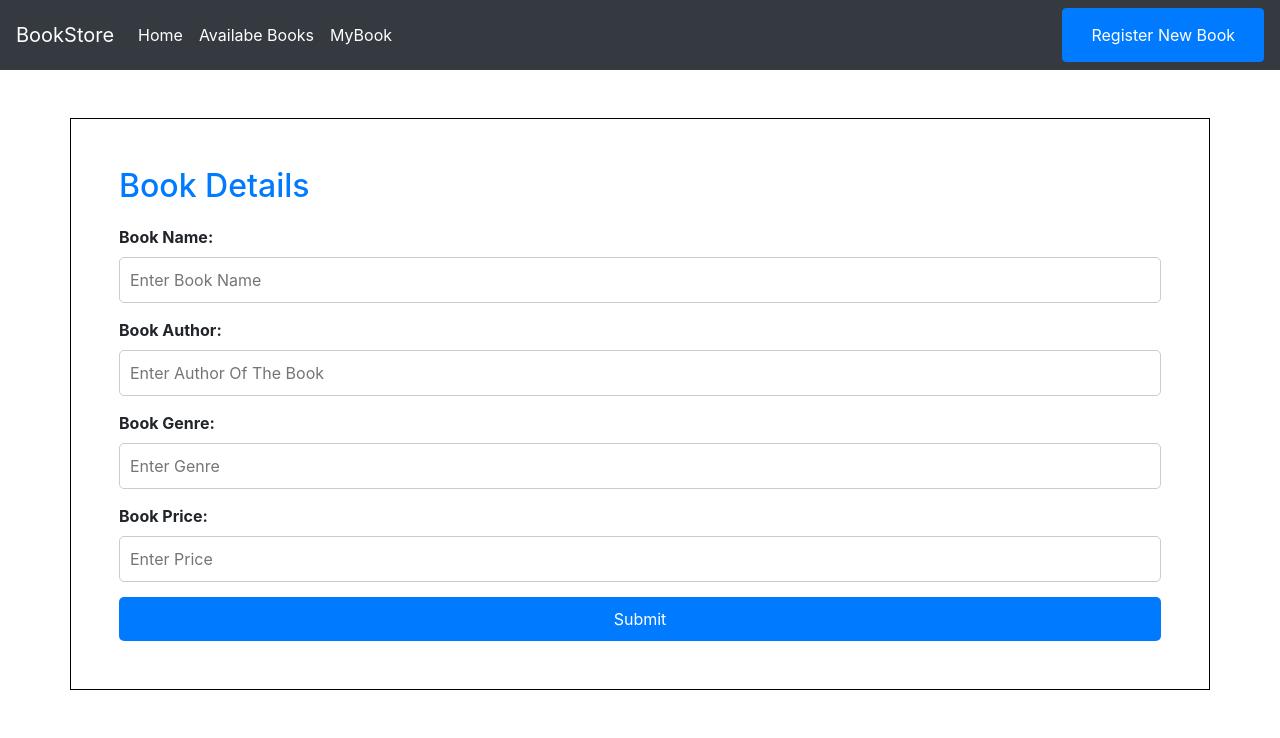
Repository: Sumanta-Sahoo/BookStoreApp
Page: bookstore/src/main/resources/static/bookRegister.html
The author's editor kept a copy of each file at every save. The page is drawn from the files as they stood at one save, then again after the next save.
The browser window is 1280 px wide. The pictures show the whole page.

Above is the page before, as saved 2024-03-15 12:05:37.

After the next save:
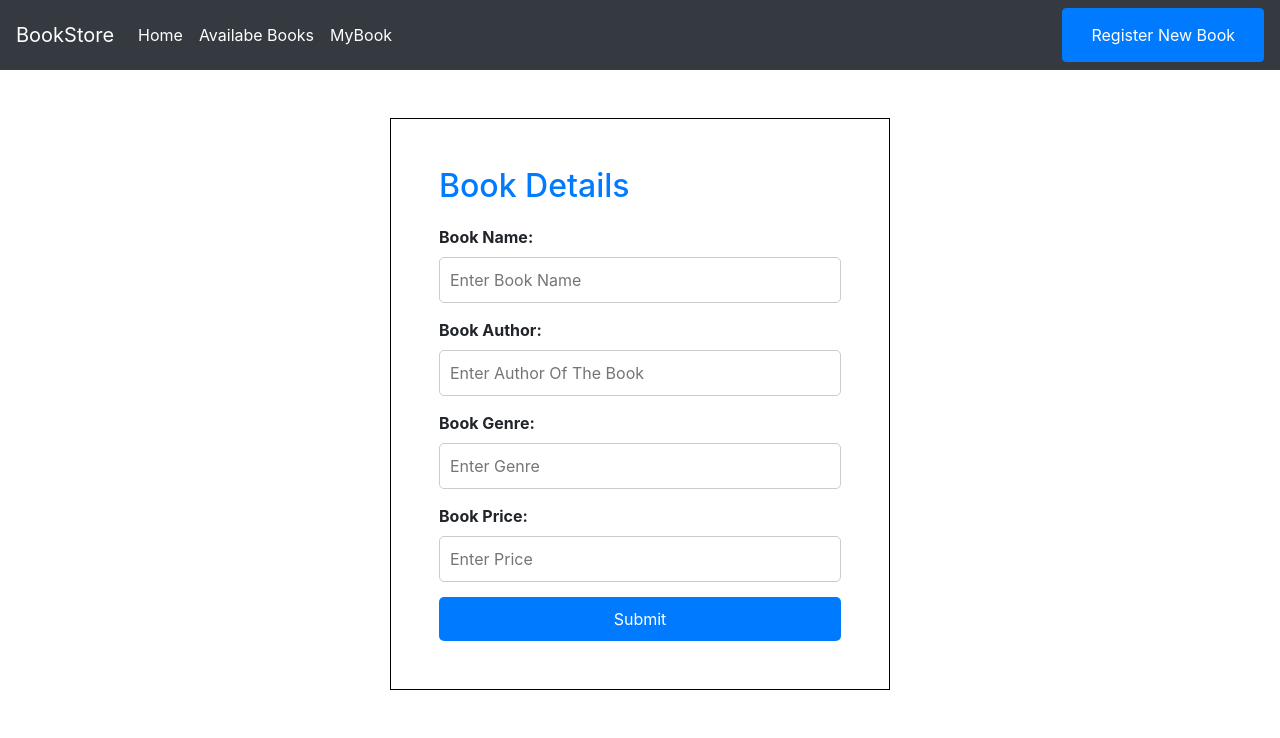
Saved 9 min 30 s later.
--- a/bookstore/src/main/resources/static/bookRegister.html
+++ b/bookstore/src/main/resources/static/bookRegister.html
@@ -41,7 +41,7 @@
 		</div>
 	</nav>
 
-	<div class="container my-5 p-5" style="border:1px solid black;">
+	<div class="container my-5 p-5" style="border:1px solid black; width: 500px;">
 
 		<h2 style="margin-bottom: 20px; color: #007bff;">Book Details</h2>
 
